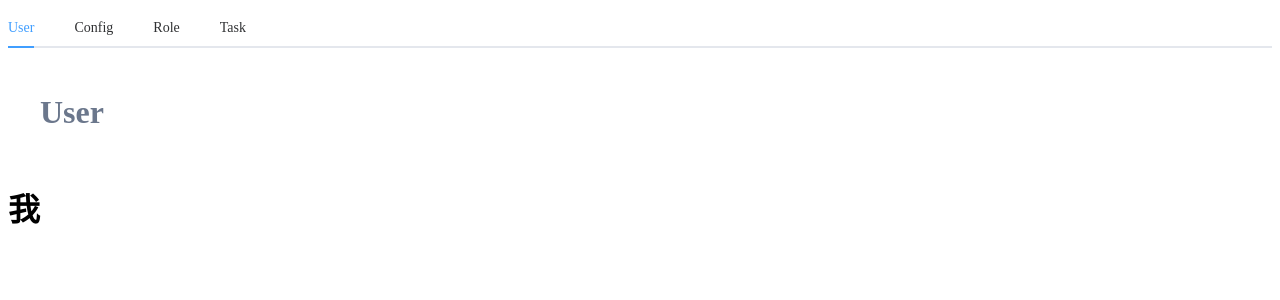
Repository: Heqiong129/Kwai
Page: /#/about
These files come from the project's save history. The page is drawn as it stood at one moment and after the next save; the edit follows.
The browser window is 1280 px wide. The pictures show the whole page.
The project was rebuilt for these pictures with package versions that can differ from the ones it lists, and the page was loaded fresh each time. Also part of the build but not shown: vue.config.js, src/components/HelloWorld.vue, src/views/HomeView.vue.

Above is the page before, as saved 2022-07-04 11:11:11.

### src/main.js
import { createApp } from "vue";
import App from "./App.vue";
import "./registerServiceWorker";
import router from "./router";
import store from "./store";
import elementIcon from "./plugins/icons";

createApp(App).use(store).use(elementIcon).use(router).mount("#app");

### src/App.vue
<template>
  <div>
    <!-- <router-link to="/">首页</router-link> |
    <router-link to="/about">我</router-link> -->
    <el-tabs v-model="activeName" class="demo-tabs" @tab-click="handleClick">
      <el-tab-pane label="User" name="first">User</el-tab-pane>
      <el-tab-pane label="Config" name="second">Config</el-tab-pane>
      <el-tab-pane label="Role" name="third">Role</el-tab-pane>
      <el-tab-pane label="Task" name="fourth">Task</el-tab-pane>
    </el-tabs>
    <router-view />
  </div>
</template>

<script setup>
import { ref } from 'vue'
import { TabsPaneContext } from 'element-plus'

const activeName = ref('first')

const handleClick = (TabsPaneContext, Event) => {
  console.log(tab, event)
}
</script>

<style>
.demo-tabs>.el-tabs__content {
  padding: 32px;
  color: #6b778c;
  font-size: 32px;
  font-weight: 600;
}
</style>

### src/plugins/icons.js
import * as components from "@element-plus/icons-vue";
export default {
  install: (app) => {
    for (const key in components) {
      const componentConfig = components[key];
      app.component(componentConfig.name, componentConfig);
    }
  },
};

### src/views/AboutView.vue
<template>
  <div class="about">
    <h1>我</h1>
  </div>
</template>

Loaded but not shown: public/index.html (common file); src/registerServiceWorker.js (common file); src/router/index.js (common file); src/store/index.js (common file)

After the next save:
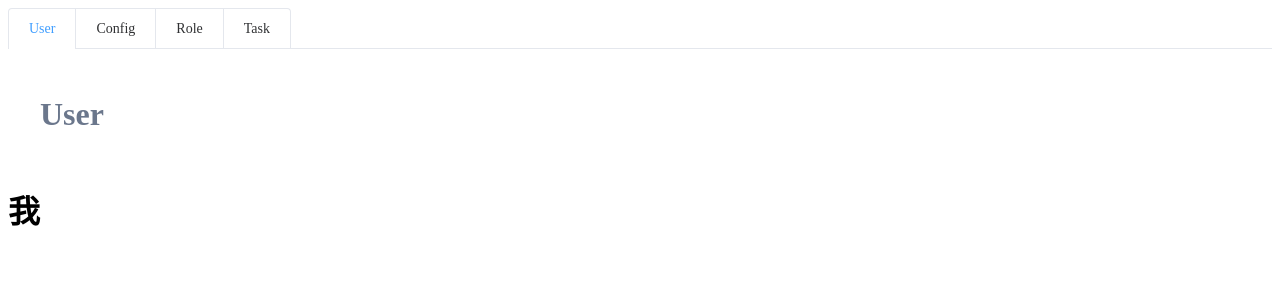
Saved 73 s later.
--- a/src/App.vue
+++ b/src/App.vue
@@ -2,7 +2,7 @@
   <div>
     <!-- <router-link to="/">首页</router-link> |
     <router-link to="/about">我</router-link> -->
-    <el-tabs v-model="activeName" class="demo-tabs" @tab-click="handleClick">
+    <el-tabs v-model="activeName" type="card" class="demo-tabs" @tab-click="handleClick">
       <el-tab-pane label="User" name="first">User</el-tab-pane>
       <el-tab-pane label="Config" name="second">Config</el-tab-pane>
       <el-tab-pane label="Role" name="third">Role</el-tab-pane>
